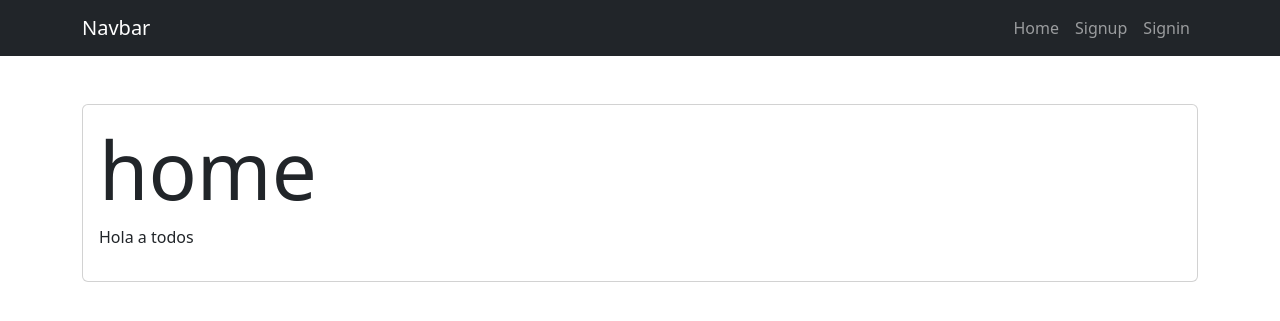
Repository: dbettancourt/django-auth-crud
Page: http://localhost/
These files come from the project's save history. The page is drawn as it stood at one moment and after the next save; the edit follows.
The browser window is 1280 px wide. The pictures show the whole page.
The page is served by the project's application, run on Django 4.2 (manage.py). Other server files are loaded and not shown.

Above is the page before, as saved 2023-06-06 10:24:48.

### tasks/templates/home.html
{% extends 'base.html' %}

{% block content %}

<main class="container py-5">
    <section class="card card-body">
        <h1 class="display-1">home</h1>
        <p>Hola a todos</p>
    </section>
</main>

{% endblock %}

### tasks/templates/base.html
<!DOCTYPE html>
<!--[if lt IE 7]>      <html class="no-js lt-ie9 lt-ie8 lt-ie7"> <![endif]-->
<!--[if IE 7]>         <html class="no-js lt-ie9 lt-ie8"> <![endif]-->
<!--[if IE 8]>         <html class="no-js lt-ie9"> <![endif]-->
<!--[if gt IE 8]>      <html class="no-js"> <!--<![endif]-->
<html>
    <head>
        <meta charset="utf-8">
        <meta http-equiv="X-UA-Compatible" content="IE=edge">
        <title>Pagina Base Django</title>
        <meta name="description" content="">
        <meta name="viewport" content="width=device-width, initial-scale=1">
        <link rel="stylesheet" href="">
        <link rel="stylesheet" href="https://cdn.jsdelivr.net/npm/bootstrap@5.3.0/dist/css/bootstrap.min.css">
       <link rel="stylesheet" href="https://cdn.jsdelivr.net/npm/bootstrap-icons@1.5.0/font/bootstrap-icons.css">

    </head>
    <body>
        <!--[if lt IE 7]>
            <p class="browsehappy">You are using an <strong>outdated</strong> browser. Please <a href="#">upgrade your browser</a> to improve your experience.</p>
        <![endif]-->
        <nav class="navbar navbar-expand-lg bg-dark navbar-dark">
            <div class="container">
              <a class="navbar-brand" href="#">Navbar</a>
              <button class="navbar-toggler" type="button" data-bs-toggle="collapse" data-bs-target="#navbarNav" aria-controls="navbarNav" aria-expanded="false" aria-label="Toggle navigation">
                <span class="navbar-toggler-icon"></span>
              </button>
              <div class="collapse navbar-collapse" id="navbarNav">
                <ul class="navbar-nav ms-auto">
                    <li class="nav-item">
                        <a href="/"  class="nav-link">Home</a>
                    </li>
                    {% if user.is_authenticated %}
                    <li class="nav-item">
                        <a href="/tasks"  class="nav-link">Tasks Pending</a>
                    </li>
                    <li class="nav-item">
                        <a href="/tasks_completed"  class="nav-link">Tasks Completed</a>
                    </li>
                    <li class="nav-item">
                        <a href="/tasks/create"  class="nav-link">Create task</a>
                    </li>

                    <li class="nav-item">
                        <a href="/logout"  class="nav-link">Logout</a>
                    </li>
                    {% else %}
                    <li class="nav-item">
                        <a href="/signup"  class="nav-link">Signup</a>
                    </li>
                    <li class="nav-item">
                        <a href="/signin"  class="nav-link">Signin</a>
                    </li>
                    {% endif %}
                </ul>
              </div>
            </div>
          </nav>

        <script src="" async defer></script>

        {% block content %}
        {% endblock %}

    </body>
</html>

### tasks/views.py
from django.shortcuts import render, redirect, get_object_or_404
from django.contrib.auth.forms import UserCreationForm, AuthenticationForm
from django.contrib.auth.models import User
from django.contrib.auth import login, logout, authenticate
from django.db import IntegrityError
from .forms import TaskForm
from .models import Task
from django.utils import timezone
from django.contrib.auth.decorators import login_required



# Create your views here.
def home(request):
    return render(request, 'home.html')

def signup(request):

    if request.method == 'GET':
         return render(request, 'signup.html',{
        'form': UserCreationForm
    })

    else:
        if request.POST['password1'] == request.POST['password2']:
            try:
                user = User.objects.create_user(username=request.POST['username'], password=request.POST['password1'])
                user.save()
                login(request, user)
                return redirect ('tasks')
            except IntegrityError:
                return render(request, 'signup.html',{
                    'form': UserCreationForm,
                    'error': 'El usuario ya existe'
                    })
        return render(request, 'signup.html', {
            'form': UserCreationForm,
            'error': 'Las contraseñas no coinciden'
            })

@login_required
def tasks(request):
    tasks = Task.objects.filter(user=request.user, datecompleted__isnull=True)
    return render(request, 'tasks.html', {'tasks': tasks})

@login_required
def tasks_completed(request):
    tasks = Task.objects.filter(user=request.user, datecompleted__isnull=False).order_by ('-datecompleted')
    return render(request, 'tasks.html', {'tasks': tasks})

@login_required
def create_task(request):

    if request.method == 'GET':
        return render(request, 'create_task.html', {
            'form': TaskForm
        })
    else:
        try:
            form = TaskForm(request.POST)
            new_task = form.save(commit=False)
            new_task.user = request.user
            new_task.save()
            return redirect('tasks')
        except ValueError:
            return render(request, 'create_task.html', {
                'form': TaskForm,
                'error': 'Por favor ingresar datos validos'
             })

@login_required
def task_detail(request, task_id):
    if request.method == 'GET':
        task = get_object_or_404(Task, pk=task_id, user=request.user)
        form = TaskForm(instance=task)
        return render(request, 'task_detail.html', {'task': task, 'form': form})
    else:
        try:
            task = get_object_or_404(Task, pk=task_id, user=request.user)
            form = TaskForm(request.POST, instance=task)
            form.save()
            return redirect('tasks')
        except ValueError:
            return render(request, 'task_detail.html', {'task': task, 'form': form, 'error': "Error al actualizar"})

@login_required
def complete_task(request, task_id):
    task = get_object_or_404(Task, pk=task_id, user=request.user)
    if request.method == 'POST':
        task.datecompleted = timezone.now()
        task.save()
        return redirect('tasks')

@login_required
def delete_task(request, task_id):
    task = get_object_or_404(Task, pk=task_id, user=request.user)
    if request.method == 'POST':
        task.datecompleted = timezone.now()
        task.delete()
        return redirect('tasks')

@login_required
def signout(request):
    logout(request)
    return redirect('home')

def signin(request):
    if request.method=='GET':
        return render(request, 'signin.html', {
            'form': AuthenticationForm
        })
    else:
        user = authenticate(
            request, username=request.POST['username'], password=request.POST['password'])

        if user is None:
            return render(request, 'signin.html', {
                'form': AuthenticationForm,
                'error': 'Usuario o password es incorrecta'
            })
        else:
            login(request, user)
            return redirect('tasks')

### djangocrud/urls.py
"""
URL configuration for djangocrud project.

The `urlpatterns` list routes URLs to views. For more information please see:
    https://docs.djangoproject.com/en/4.2/topics/http/urls/
Examples:
Function views
    1. Add an import:  from my_app import views
    2. Add a URL to urlpatterns:  path('', views.home, name='home')
Class-based views
    1. Add an import:  from other_app.views import Home
    2. Add a URL to urlpatterns:  path('', Home.as_view(), name='home')
Including another URLconf
    1. Import the include() function: from django.urls import include, path
    2. Add a URL to urlpatterns:  path('blog/', include('blog.urls'))
"""
from django.contrib import admin
from django.urls import path
from tasks import views

urlpatterns = [
    path('admin/', admin.site.urls),
    path('', views.home, name='home'),
    path('signup/', views.signup, name='signup'),
    path('tasks/', views.tasks, name='tasks'),
    path('tasks_completed/', views.tasks_completed, name='_completed'),
    path('tasks/create/', views.create_task, name='create_tasks'),
    path('tasks/<int:task_id>/', views.task_detail, name='task_detail'),
    path('tasks/<int:task_id>/complete', views.complete_task, name='complete_task'),
    path('tasks/<int:task_id>/delete', views.delete_task, name='delete_task'),
    path('logout/', views.signout, name='logout'),
    path('signin/', views.signin, name='signin')
]

After the next save:
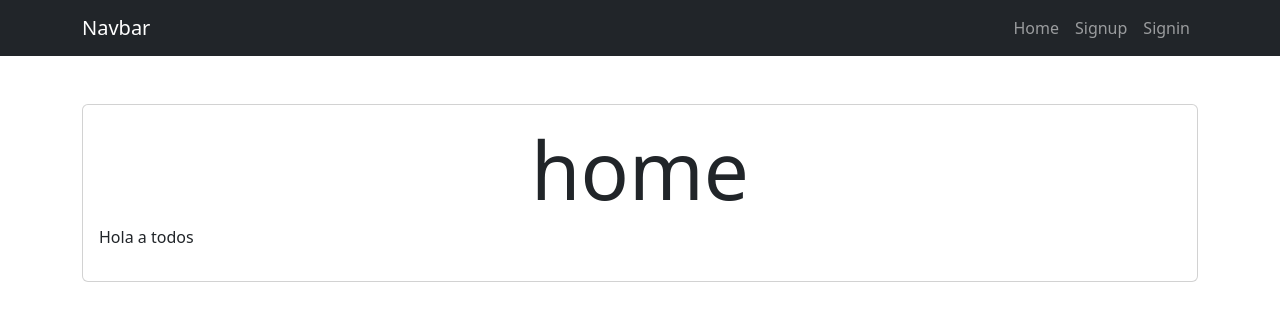
Saved 23 s later.
--- a/tasks/templates/home.html
+++ b/tasks/templates/home.html
@@ -4,7 +4,7 @@
 
 <main class="container py-5">
     <section class="card card-body">
-        <h1 class="display-1">home</h1>
+        <h1 class="display-1 text-center">home</h1>
         <p>Hola a todos</p>
     </section>
 </main>
